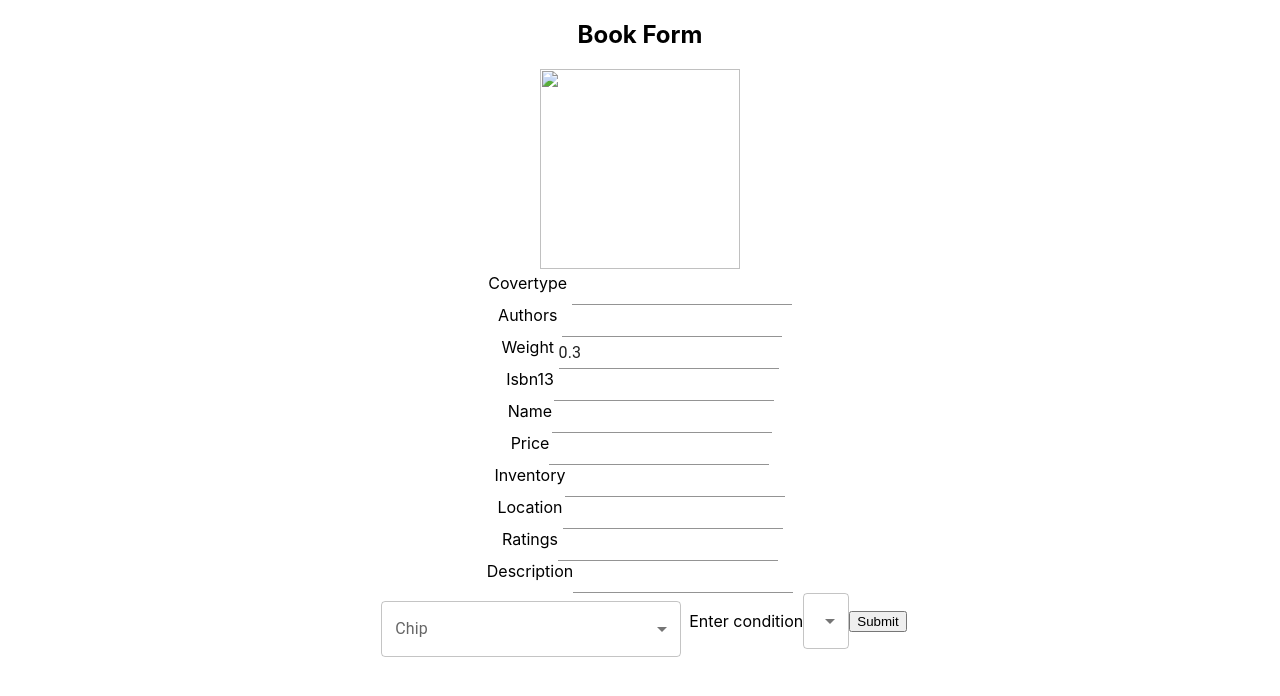
Repository: rishhabh-jain/isbndb
Page: /
The author's editor kept a copy of each file at every save. The page is drawn from the files as they stood at one save, then again after a run of saves.
The browser window is 1280 px wide. The pictures show the whole page.
The project was rebuilt for these pictures with package versions that can differ from the ones it lists, and the page was loaded fresh each time.

Above is the page before, as saved 2022-02-07 15:15:49.

After the next 2 saves:
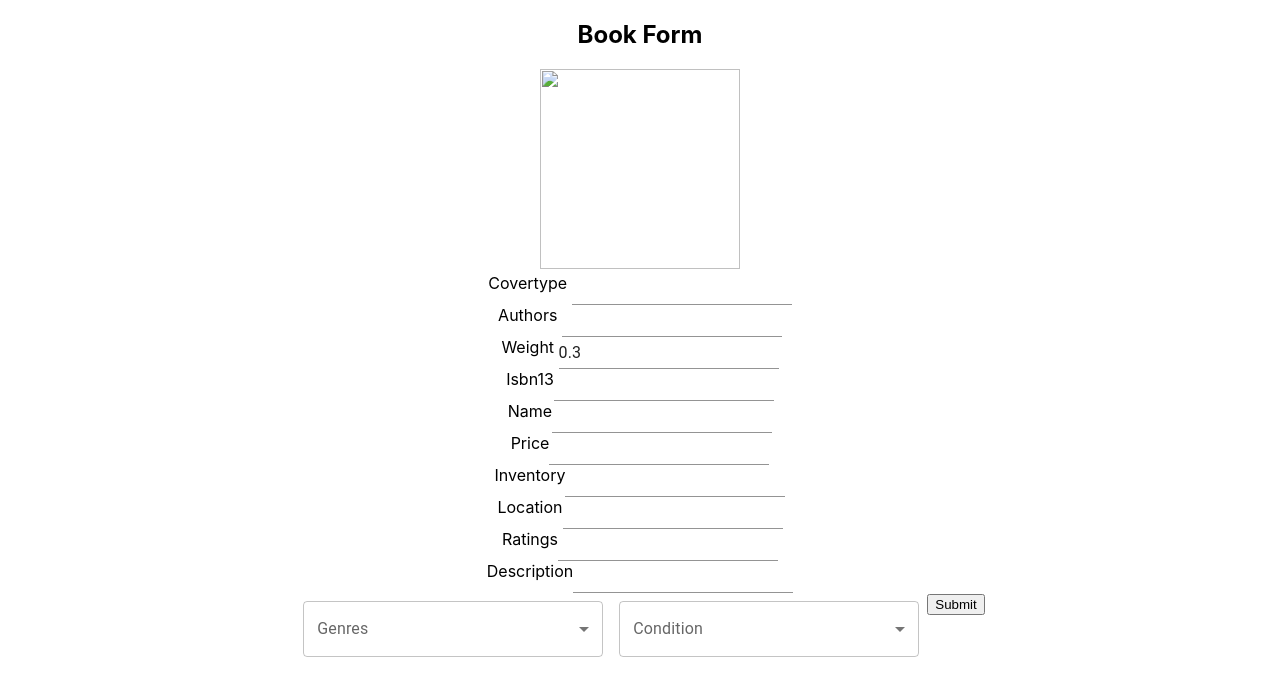
The 2 saves are shown as one change because 1 did not build or start.
The last was saved 3 min 39 s later.
--- a/src/App.js
+++ b/src/App.js
@@ -130,7 +130,7 @@ function App() {
   const [genres, setGenres] = useState([]);
   const [price, setPrice] = useState("");
   const [location, setLocation] = useState("");
-  const [condition, setCondition] = useState("");
+  const [condition, setCondition] = useState([]);
   const names = [
     "Self help",
     "Romance",
@@ -142,6 +142,14 @@ function App() {
     "Cooking",
     "Chick lit",
     "Classics",
+  ];
+  const names2 = [
+    "New",
+    "Used - Like New",
+    "Used - Very Good",
+    "Used - Good",
+    "Used - Readable",
+    "Used - Collectible",
   ];
   const ITEM_HEIGHT = 48;
   const ITEM_PADDING_TOP = 8;
@@ -259,7 +267,7 @@ function App() {
               />
             </div>
             <FormControl sx={{ m: 1, width: 300 }}>
-              <InputLabel>Chip</InputLabel>
+              <InputLabel>Genres</InputLabel>
               <Select
                 labelId="demo-multiple-chip-label"
                 id="demo-multiple-chip"
@@ -296,12 +304,34 @@ function App() {
               <option value={condition}> Readable</option>
             </Field>
         </div> */}
-            <label>Enter condition</label>
-            <Select value={condition} label="Condition" onChange={onConditionChange}>
-              <MenuItem value="Good" >Good</MenuItem>
-              <MenuItem value="New" >New</MenuItem>
-              <MenuItem value="Like New" onSelect={onConditionChange}>Like New </MenuItem>
-            </Select>
+            <FormControl sx={{ m: 1, width: 300 }}>
+              <InputLabel>Condition</InputLabel>
+              <Select
+                labelId="demo-multiple-chip-label"
+                id="demo-multiple-chip"
+                value={condition}
+                onChange={onConditionChange}
+                input={<OutlinedInput id="select-multiple-chip" label="Chip" />}
+                renderValue={(selected) => (
+                  <Box sx={{ display: "flex", flexWrap: "wrap", gap: 0.5 }}>
+                    {selected.map((value) => (
+                      <Chip key={value} label={value} />
+                    ))}
+                  </Box>
+                )}
+                // MenuProps={MenuProps}
+              >
+                {names2.map((name) => (
+                  <MenuItem
+                    key={name}
+                    value={name}
+                    // style={getStyles(name, genres)}
+                  >
+                    {name}
+                  </MenuItem>
+                ))}
+              </Select>
+            </FormControl>
             <button type="submit">Submit</button>
           </form>
         )}
